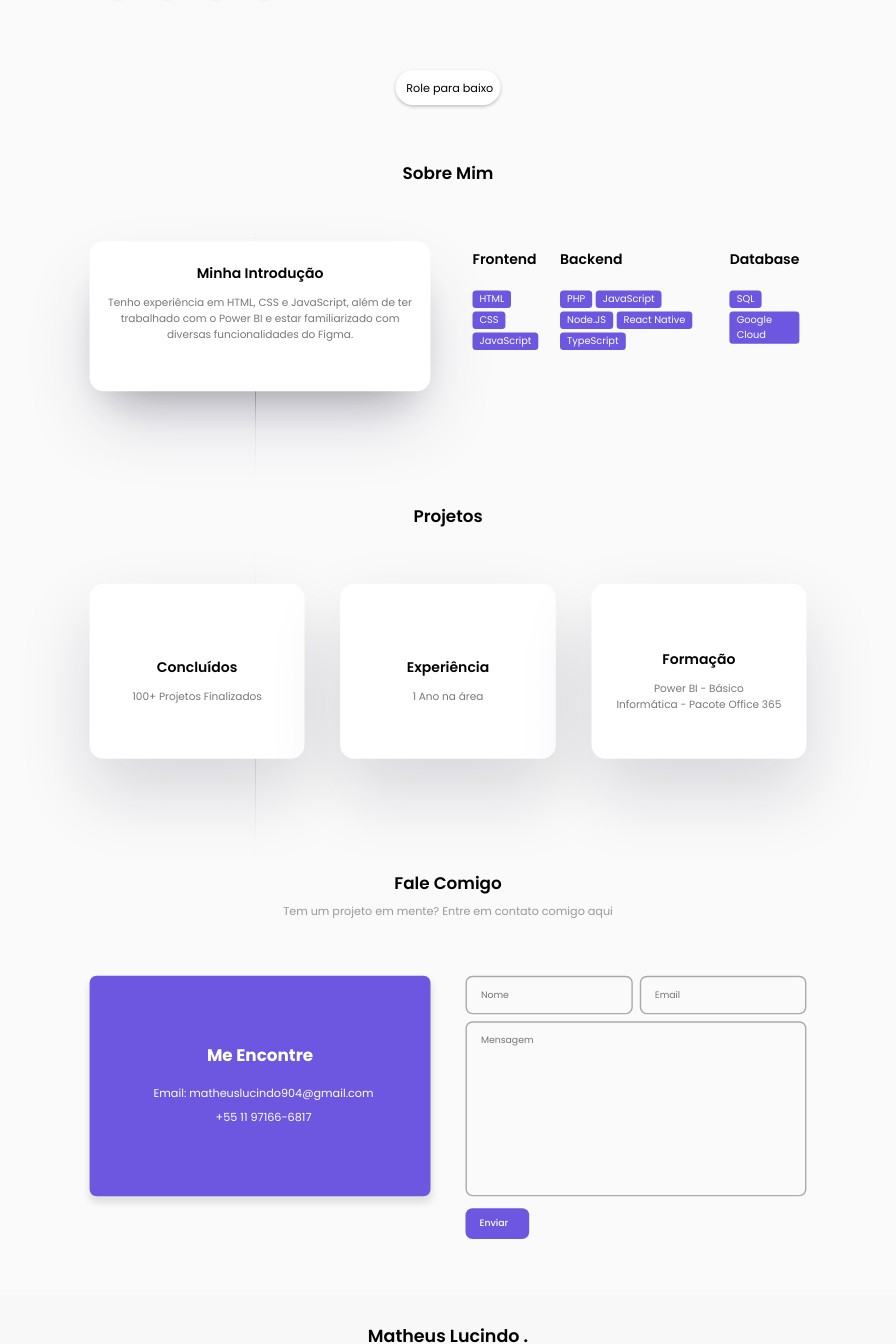
Repository: Matheus904-12/Potif-lioPremium
Page: index.html
The author's editor kept a copy of each file at every save. The page is drawn from the files as they stood at one save, then again after a run of saves.
The browser window is 1280 px wide. The pictures show the part of the page from y = 570 to 2490 px (the page is 2744 px tall), at 70% of full size.
Some icons come from a web library that is not loaded, so they are not drawn. Some web libraries are served in a nearby version.

Above is the page before, as saved 2024-05-01 19:12:51.

### index.html
<!DOCTYPE html>
<html lang="pt-br">

<head>
    <meta charset="UTF-8">
    <meta name="viewport" content="width=device-width, initial-scale=1.0">

    <!-- UNICONS -->
    <link rel="stylesheet" href="https://unicons.iconscout.com/release/v4.0.8/css/line.css">
    <!-- CSS -->
    <link rel="stylesheet" href="style.css">
    <!-- Add favicon -->
    <link rel="shortcut icon" href="assets/images/favicon.png" type="image/x-icon">

    <script src="https://kit.fontawesome.com/fd29053194.js" crossorigin="anonymous"></script>

    <title>Portfolio | Codingdev</title>
</head>

<body>
    <div class="container">
        <!-- --------------- CABEÇALHO --------------- -->
        <nav id="header">
            <div class="nav-logo">
                <p class="nav-name">Lucindo</p>
                <span>.</span>
            </div>
            <div class="nav-menu" id="myNavMenu">
                <ul class="nav_menu_list">
                    <li class="nav_list">
                        <a href="#home" class="nav-link active-link">Início</a>
                        <div class="circle"></div>
                    </li>
                    <li class="nav_list">
                        <a href="#about" class="nav-link">Sobre</a>
                        <div class="circle"></div>
                    </li>
                    <li class="nav_list">
                        <a href="#projects" class="nav-link">Projetos</a>
                        <div class="circle"></div>
                    </li>
                    <li class="nav_list">
                        <a href="#contact" class="nav-link">Contato</a>
                        <div class="circle"></div>
                    </li>
                </ul>
            </div>
            <div class="nav-menu-btn">
                <i class="uil uil-bars" onclick="myMenuFunction()"></i>
            </div>
        </nav>


        <!-- -------------- PRINCIPAL ---------------- -->
        <main class="wrapper">
            <!-- -------------- DESTAQUE ---------------- -->
            <section class="featured-box" id="home">
                <div class="featured-text">
                    <div class="featured-text-card">
                        <span>Matheus Lucindo</span>
                    </div>
                    <div class="featured-name">
                        <p>Eu sou <span class="typedText"></span></p>
                    </div>
                    <div class="featured-text-info">
                        <p>Desenvolvedor frontend experiente com paixão por criar sites visualmente
                            impressionantes e fáceis de usar.
                        </p>
                    </div>
                    <div class="social_icons">
                        <a href="https://www.instagram.com/matheus_lucindo/" target="_blank" class="icon"><i class="uil uil-instagram"></i></a>
                        <a href="https://www.linkedin.com/in/matheus-lucindo-b35b68190/" target="_blank" class="icon"><i class="uil uil-linkedin-alt"></i></a>
                        <a href="https://www.figma.com/@myprojets" target="_blank" class="icon"><i class="fa-brands fa-figma" style="color: #00297f;"></i></a>
                        <a href="https://github.com/Matheus904-12" target="_blank" class="icon"><i class="uil uil-github-alt"></i></a>
                    </div>
                </div>
                <div class="featured-image">
                    <div class="image">
                        <img src="eu.jpg" alt="avatar">
                    </div>
                </div>
                <div class="scroll-icon-box">
                    <a href="#about" class="scroll-btn">
                        <i class="uil uil-mouse-alt"></i>
                        <p>Role para baixo</p>
                    </a>
                </div>

            </section>
            <!-- -------------- SOBRE ---------------- -->
            <section class="section" id="about">
                <div class="top-header">
                    <h1>Sobre Mim</h1>
                </div>
                <div class="row">
                    <div class="col">
                        <div class="about-info">
                            <h3>Minha Introdução</h3>
                            <p><p>Tenho experiência em HTML, CSS e JavaScript, além de ter trabalhado com o Power BI e estar familiarizado com diversas funcionalidades do Figma.</p>
                            </p>

                        </div>
                    </div>
                    <div class="col">
                        <div class="skills-box">
                            <div class="skills-header">
                                <h3>Frontend</h3>
                            </div>
                            <div class="skills-list">
                                <span>HTML</span>
                                <span>CSS</span>
                                <span>JavaScript</span>
                            </div>
                        </div>
                        <div class="skills-box">
                            <div class="skills-header">
                                <h3>Backend</h3>
                            </div>
                            <div class="skills-list">
                                <span>PHP</span>
                                <span>JavaScript</span>
                                <span>Node.JS</span>
                                <span>React Native</span>
                                <span>TypeScript</span>
                            </div>
                        </div>
                        <div class="skills-box">
                            <div class="skills-header">
                                <h3>Database</h3>
                            </div>
                            <div class="skills-list">
                                <span>SQL</span>
                                <span>Google Cloud</span>
                            </div>
                        </div>
                    </div>
                </div>
            </section>

            <!-- -------------- PROJETOS ---------------- -->

            <section class="section" id="projects">
                <div class="top-header">
                    <h1>Projetos</h1>
                </div>
                <div class="project-container">
                    <div class="project-box">
                        <i class="uil uil-briefcase-alt"></i>
                        <h3>Concluídos</h3>
                        <label>100+ Projetos Finalizados</label>
                    </div>
                    <div class="project-box">
                        <i class="uil uil-award"></i>
                        <h3>Experiência</h3>
                        <label>1 Ano na área</label>
                    </div>
                    <div class="project-box">
                        <i class="fa-"></i>
                        <h3>Formação</h3>
                        <label>Power BI - Básico</label>
                        <label>Informática - Pacote Office 365</label>
                    </div>
                </div>
            </section>

            <!-- -------------- CONTATO ---------------- -->

            <section class="section" id="contact">
                <div class="top-header">
                    <h1>Fale Comigo</h1>
                    <span>Tem um projeto em mente? Entre em contato comigo aqui</span>
                </div>
                <div class="row">
                    <div class="col">
                        <div class="contact-info">
                            <h2>Me Encontre <i class="uil uil-corner-right-down"></i></h2>
                            <p><i class="uil uil-envelope"></i> Email: matheuslucindo904@gmail.com</p>
                            <p><i class="uil uil-phone"></i> +55 11 97166-6817</p>
                        </div>
                    </div>
                    <div class="col">
                        <div class="form-control">
                            <div class="form-inputs">
                                <input type="text" class="input-field" placeholder="Nome">
                                <input type="text" class="input-field" placeholder="Email">
                            </div>
                            <div class="text-area">
                                <textarea placeholder="Mensagem"></textarea>
                            </div>
                            <div class="form-button">
                                <button class="btn">Enviar <i class="uil uil-message"></i></button>
                            </div>
                        </div>
                    </div>
                </div>
            </section>

        </main>


        <!-- --------------- RODAPÉ --------------- -->
        <footer>
            <div class="top-footer">
                <p>Matheus Lucindo .</p>
            </div>
            <div class="middle-footer">
                <ul class="footer-menu">
                    <li class="footer_menu_list">
                        <a href="#home">Início</a>
                    </li>
                    <li class="footer_menu_list">
                        <a href="#about">Sobre</a>
                    </li>
                    <li class="footer_menu_list">
                        <a href="#projects">Projetos</a>
                    </li>
                    <li class="footer_menu_list">
                        <a href="#contact">Contato</a>
                    </li>
                </ul>
            </div>
            <div class="footer-social-icons">
                <div class="icon"><a href="https://www.instagram.com/matheus_lucindo/" target="_blank"><i class="uil uil-instagram"></i></a></div>
                <div class="icon"><a href="https://www.linkedin.com/in/matheus-lucindo-b35b68190/" target="_blank"><i class="uil uil-linkedin-alt"></i></a></div>
                <a href="https://www.figma.com/@myprojets" target="_blank" class="icon"><i class="fa-brands fa-figma" style="color: #00297f;"></i></a>
                <div class="icon"><a href="https://github.com/Matheus904-12" target="_blank"><i class="uil uil-github-alt"></i></a></div>
            </div>
            <div class="bottom-footer">
                <p>Direitos Autorais &copy; <a href="#home" style="text-decoration: none;">Matheus Lucindo</a> - Todos os direitos
                    reservados
                </p>
            </div>
        </footer>

    </div>

    <!-- ----- TYPING JS Link ----- -->
    <script src="https://unpkg.com/typed.js@2.0.16/dist/typed.umd.js"></script>

    <!-- ----- SCROLL REVEAL JS Link----- -->
    <script src="https://unpkg.com/scrollreveal"></script>

    <!-- ----- MAIN JS ----- -->
    <script src="script.js"></script>
</body>

</html>

### style.css
/* ----- POPPINS FONT Link ----- */
@import url('https://fonts.googleapis.com/css2?family=Poppins:wght@400;500;600;700&display=swap');

/* ----- VARIABLES ----- */
:root{
    --body-color: #fafafa;
    --color-white: #ffffff;

    --text-color-second: #000000;
    --text-color-third: #6e57e0;

    --first-color: rgb(110, 87, 224);
    --first-color-hover: rgb(40, 91, 212);

    --second-color: #6e57e0;
    --third-color: #00297f;
    --first-shadow-color: rgba(0, 0, 0, 0.1);

}

/* ----- BASE ----- */
*{
    margin: 0;
    padding: 0;
    box-sizing: border-box;
    font-family: 'Poppins', sans-serif;
}

/* ----- SMOOTH SCROLL ----- */
html{
    scroll-behavior: smooth;
}

/* ----- CHANGE THE SCROLL BAR DESIGN ----- */
::-webkit-scrollbar{
    width: 10px;
    border-radius: 25px;
}
::-webkit-scrollbar-track{
    background: #f1f1f1;
}
::-webkit-scrollbar-thumb{
    background: #ccc;
    border-radius: 30px;
}
::-webkit-scrollbar-thumb:hover{
    background: #bbb;
}


/* ---##-- REUSABLE CSS --##--- */

/* ----- GLOBAL BUTTON DESIGN ----- */
.btn{
    font-weight: 500;
    padding: 12px 20px;
    background: #efefef;
    border: none;
    border-radius: 10px;
    cursor: pointer;
    transition: .4s;
}
.btn>i{
    margin-left: 10px;
}
.btn:hover{
    background: var(--second-color);
    color: var(--color-white);
}

/* ----- GLOBAL ICONS DESIGN ----- */
i{
    font-size: 16px;
}

/* ------- BASE -------- */
body{
    background: var(--body-color);
}
.container{
    width: 100%;
    position: relative;
    overflow-x: hidden; /* not mandatory */
}

/* ----- NAVIGATION BAR ----- */
nav{
    position: fixed;
    display: flex;
    justify-content: space-between;
    width: 100%;
    height: 90px;
    line-height: 90px;
    background: var(--body-color);
    padding-inline: 9vw;
    transition: .3s;
    z-index: 100;
}
.nav-logo{
   position: relative;
}
.nav-name{
    font-size: 30px;
    font-weight: 600;
    color: var(--text-color-third);
}
.nav-logo span{
    position: absolute;
    top: -15px;
    right: -20px;
    font-size: 5em;
    color: var(--text-color-second);
}
.nav-menu, .nav_menu_list{
    display: flex;
}
.nav-menu .nav_list{
    list-style: none;
    position: relative;
}
.nav-link{
    text-decoration: none;
    color: var(--text-color-second);
    font-weight: 500;
    padding-inline: 15px;
    margin-inline: 20px;
}
.nav-menu-btn{
    display: none;
}
.nav-menu-btn i{
    font-size: 28px;
    cursor: pointer;
}
.active-link{
    position: relative;
    color: var(--first-color);
    transition: .3;
}
.active-link::after{
    content: '';
    position: absolute;
    left: 50%;
    bottom: -15px;
    transform: translate(-50%, -50%);
    width: 5px;
    height: 5px;
    background: var(--first-color);
    border-radius: 50%;
}


/* ----- WRAPPER DESIGN ----- */
.wrapper{
    padding-inline: 10vw;
}

/* ----- FEATURED BOX ----- */
.featured-box{
    position: relative;
    display: flex;
    height: 100vh;
    min-height: 700px;
}

/* ----- FEATURED TEXT BOX ----- */
.featured-text{
    position: relative;
    display: flex;
    justify-content: center;
    align-content: center;
    min-height: 80vh;
    flex-direction: column;
    width: 50%;
    padding-left: 20px;
}
.featured-text-card span{
    background: var(--third-color);
    color: var(--color-white);
    padding: 3px 8px;
    font-size: 12px;
    border-radius: 5px;
}
.featured-name{
    font-size: 50px;
    font-weight: 600;
    color: var(--text-color-second);
    margin-block: 20px;
}
.typedText{
    text-transform: capitalize;
    color: var(--text-color-third);
}
.featured-text-info{
    font-size: 15px;
    margin-bottom: 30px;
    color: var(--text-color-second);
}
.featured-text-btn{
    display: flex;
    gap: 20px;
}
.featured-text-btn>.blue-btn{
    background: var(--first-color);
    color: var(--color-white);
}
.featured-text-btn>.blue-btn:hover{
    background: var(--first-color-hover);
}
.social_icons{
    display: flex;
    margin-top: 5em;
    gap: 30px;
}
.icon{
    display: flex;
    justify-content: center;
    align-items: center;
    width: 40px;
    height: 40px;
    border-radius: 50%;
    box-shadow: 0px 2px 5px 0px rgba(0, 0, 0, 0.25);
    cursor: pointer;
}
.icon:hover{
    color: var(--first-color);
}

/* ----- FEATURED IMAGE BOX ----- */
.featured-image{
    display: flex;
    justify-content: right;
    align-content: center;
    min-height: 80vh;
    width: 50%;
}
.image{
    margin: auto 0;
    width: 380px;
    height: 380px;
    animation: imgFloat 7s ease-in-out infinite;
}
.image img{
    width: 380px;
    height: 380px;
    object-fit: contain;
}
@keyframes imgFloat {
    50%{
        transform: translateY(10px);
    }
}
.scroll-btn{
   position: absolute;
   bottom: 0;
   left: 50%;
   translate: -50%;
   display: flex;
   justify-content: center;
   align-items: center;
   width: 150px;
   height: 50px;
   gap: 5px;
   text-decoration: none;
   color: var(--text-color-second);
   background: var(--color-white);
   border-radius: 30px;
   box-shadow: 0 2px 5px 0 rgba(0, 0, 0, 0.25);
}
.scroll-btn i{
    font-size: 20px;
}

/* ----- MAIN BOX ----- */
.section{
    padding-block: 5em;
}
.row{
    display: flex;
    justify-content: space-between;
    width: 100%;
    gap: 50px;
}
.col{
    display: flex;
    width: 50%;
}

/* -- ## --- RESUABLE CSS -- ## -- */
.top-header{
    text-align: center;
    margin-bottom: 5em;
}
.top-header h1{
    font-weight: 600;
    color: var(--text-color-second);
    margin-bottom: 10px;
}
.top-header span{
    color: #999;
}
h3{
    font-size: 20px;
    font-weight: 600;
    color: var(--text-color-second);
    margin-bottom: 15px;
}

/* ----- ABOUT INFO ----- */
.about-info{
    position: relative;
    display: flex;
    align-items: center;
    flex-direction: column;
    padding-block: 30px 70px;
    padding-inline: 20px;
    width: 100%;
    background: var(--color-white);
    box-shadow: rgba(50, 50, 93, 0.25) 0px 50px 100px -20px, rgba(0, 0, 0, 0.3) 0px 30px 60px -30px;
    border-radius: 20px;
}
.about-info p{
    text-align: center;
    font-size: 15px;
    color: #777;
}
.about-btn button{
    position: absolute;
    right: 20px;
    bottom: 20px;
    background: var(--first-color);
    color: var(--color-white);
    border-radius: 30px;
}
.about-btn button:hover{
    background: var(--first-color-hover);
}

/* ----- ABOUT / SKILLS BOX ----- */
.skills-box{
    margin: 10px;
}
.skills-header{
    margin-bottom: 30px;
}
.skills-list{
    display: flex;
    flex-wrap: wrap;
    gap: 5px;
}
.skills-list span{
    font-size: 14px;
    background: var(--first-color);
    color: var(--color-white);
    padding: 2px 10px;
    border-radius: 5px;
}

/* ----- PROJECTS BOX ----- */
.project-container{
    display: flex;
    width: 100%;
    justify-content: space-between;
    gap: 20px;
    flex-wrap: wrap;
}
.project-box{
    position: relative;
    display: flex;
    justify-content: center;
    align-items: center;
    flex-direction: column;
    width: 30%;
    height: 250px;
    background: var(--color-white);
    border-radius: 20px;
    box-shadow: rgba(17, 12, 46, 0.15) 0px 48px 100px 0px;
    overflow: hidden;
}
.project-box>i{
    font-size: 50px;
    color: #00B5E7;
    margin-bottom: 25px;
}
.project-box label{
    font-size: 15px;
    color: #777;
}
.project-box::after, .contact-info::after{
    content: "";
    position: absolute;
    bottom: -100%;
    background: var(--second-color);
    width: 100%;
    height: 100%;
    transition: .4s;
    z-index: 1;
}
.project-box:hover.project-box::after,
.contact-info:hover.contact-info::after{
    bottom: 0;
}
.project-box:hover.project-box i,
.project-box:hover.project-box>h3,
.project-box:hover.project-box>label{
    color: var(--color-white);
    z-index: 2;
}

/* ----- CONTACT BOX ----- */
.contact-info{
    position: relative;
    display: flex;
    flex-direction: column;
    justify-content: center;
    align-items: center;
    padding: 20px 30px;
    width: 100%;
    height: 315px;
    background: var(--second-color);
    border-radius: 10px;
    box-shadow: 1px 8px 10px 2px var(--first-shadow-color);
    overflow: hidden;
}
.contact-info>h2{
    color: var(--color-white);
    margin-bottom: 20px;
}
.contact-info>p{
    display: flex;
    align-items: center;
    gap: 10px;
    color: var(--color-white);
    margin-block: 5px;
}
.contact-info p>i{
    font-size: 18px;
}
.contact-info::after{
    background: var(--color-white);
}
.contact-info:hover.contact-info h2,
.contact-info:hover.contact-info p,
.contact-info:hover.contact-info i{
    color: #777;
    z-index: 2;
}

/* ----- CONTACT FORM ----- */
.form-control{
    display: flex;
    flex-direction: column;
    gap: 10px;
    width: 100%;
}
.form-inputs{
    display: flex;
    gap: 10px;
    width: 100%;
}
.input-field{
    width: 50%;
    height: 55px;
    background: transparent;
    border: 2px solid #AAA;
    border-radius: 10px;
    padding-inline: 20px;
    outline: none;
}
textarea{
    width: 100%;
    height: 250px;
    background: transparent;
    border: 2px solid #AAA;
    border-radius: 10px;
    padding: 15px 20px;
    outline: none;
    resize: none;
}
.form-button>.btn{
    display: flex;
    align-items: center;
    justify-content: center;
    background: var(--second-color);
    color: var(--color-white);
}
.form-button>.btn:hover{
    background: #00B5E7;
}
.form-button i{
    font-size: 18px;
    rotate: -45deg;
}

/* ----- FOOTER BOX ----- */
footer{
    display: flex;
    justify-content: center;
    align-items: center;
    flex-direction: column;
    row-gap: 30px;
    background: #F8F8F8;
    padding-block: 40px 60px;
}
.top-footer p{
    font-size: 25px;
    font-weight: 600;
}
.middle-footer .footer-menu{
    display: flex;
}
.footer_menu_list{
    list-style: none;
}
.footer_menu_list a{
    text-decoration: none;
    color: var(--text-color-second);
    font-weight: 500;
    margin-inline: 20px;
}
.footer-social-icons{
    display: flex;
    gap: 30px;
}
.bottom-footer{
    font-size: 14px;
    margin-top: 10px;
}


/* ----- MEDIA QUERY == 1024px / RESPONSIVE ----- */
@media only screen and (max-width: 1024px){
    .featured-text{
        padding: 0;
    }
    .image, .image img{
        width: 320px;
        height: 320px;
    }
}

/* ----- MEDIA QUERY == 900px / RESPONSIVE ----- */
@media only screen and (max-width: 900px) {
    .nav-button{
        display: none;
    }
    .nav-menu.responsive{
        left: 0;
    }
    .nav-menu{
        position: fixed;
        top: 80px;
        left: -100%;
        flex-direction: column;
        justify-content: center;
        align-items: center;
        background: rgba(255, 255, 255, 0.7);
        backdrop-filter: blur(20px);
        width: 100%;
        min-height: 450px;
        height: 90vh;
        transition: .3s;
    }
    .nav_menu_list{
        flex-direction: column;
    }
    .nav-menu-btn{
        display: flex;
        align-items: center;
        justify-content: center;
    }
    .featured-box{
        flex-direction: column;
        justify-content: center;
        height: 100vh;
    }
    .featured-text{
        width: 100%;
        order: 2;
        justify-content: center;
        align-content: flex-start;
        min-height: 60vh;
    }
    .social_icons{
        margin-top: 2em;
    }
    .featured-image{
        order: 1;
        justify-content: center;
        min-height: 150px;
        width: 100%;
        margin-top: 65px;
    }
    .image, .image img{
        width: 150px;
        height: 150px;
    }
    .row{
        display: flex;
        flex-direction: column;
        justify-content: center;
        gap: 50px;
    }
    .col{
        display: flex;
        justify-content: center;
        width: 100%;
    }
    .about-info, .contact-info{
        width: 100%;
    }
    .project-container{
        justify-content: center;
    }
    .project-box{
        width: 80%;
    }

}

/* ----- MEDIA QUERY == 540px / RESPONSIVE ----- */

@media only screen and (max-width: 540px){
    .featured-name{
        font-size: 40px;
    }
    .project-box{
        width: 100%;
    }
    .form-inputs{
        flex-direction: column;
    }
    .input-field{
        width: 100%;
    }
}

Loaded but not shown: script.js (117 lines, source omitted)

After the next 4 saves:
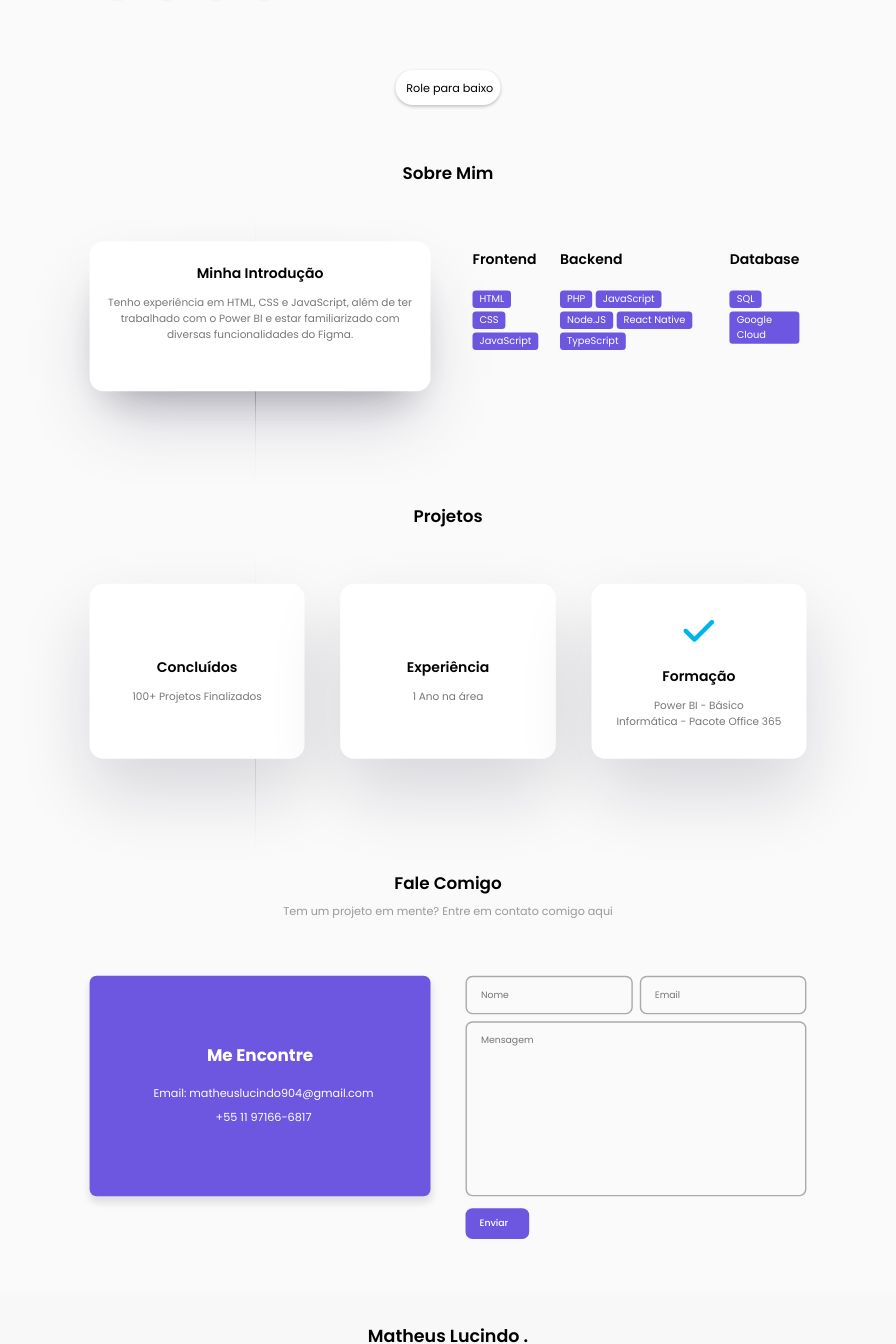
The 4 saves are shown as one change because they came seconds apart.
The last was saved 11 s later.
--- a/index.html
+++ b/index.html
@@ -155,7 +155,7 @@
                         <label>1 Ano na área</label>
                     </div>
                     <div class="project-box">
-                        <i class="fa-"></i>
+                        <i class="fa-solid fa-check"></i>
                         <h3>Formação</h3>
                         <label>Power BI - Básico</label>
                         <label>Informática - Pacote Office 365</label>
